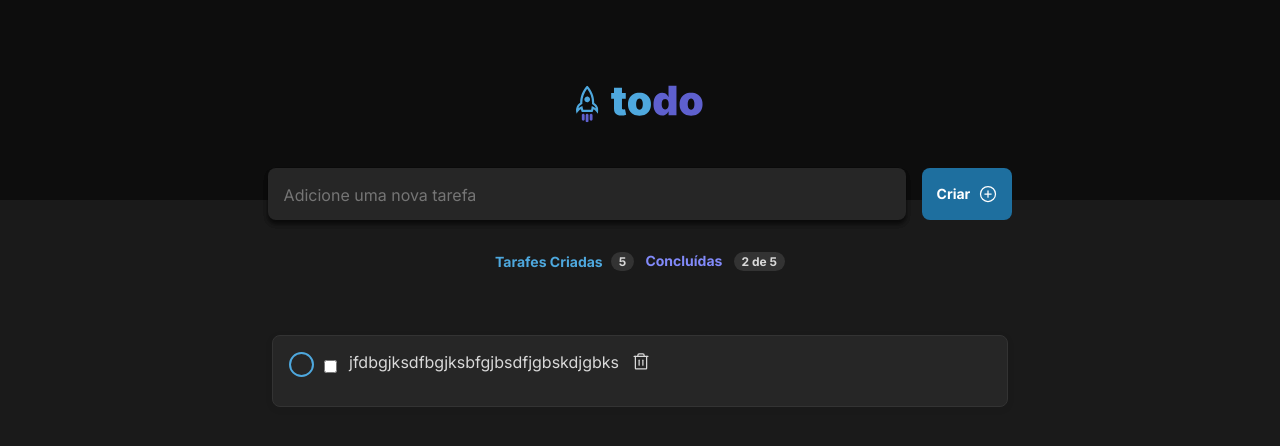
Repository: guilhermecardoso93/todolistreact
Page: /
The author's editor kept a copy of each file at every save. The page is drawn from the files as they stood at one save, then again after the next save.
The browser window is 1280 px wide. The pictures show the whole page.
The project was rebuilt for these pictures with package versions that can differ from the ones it lists, and the page was loaded fresh each time. Also part of the build but not shown: vite.config.ts.

Above is the page before, as saved 2022-07-04 22:59:35.

After the next save:
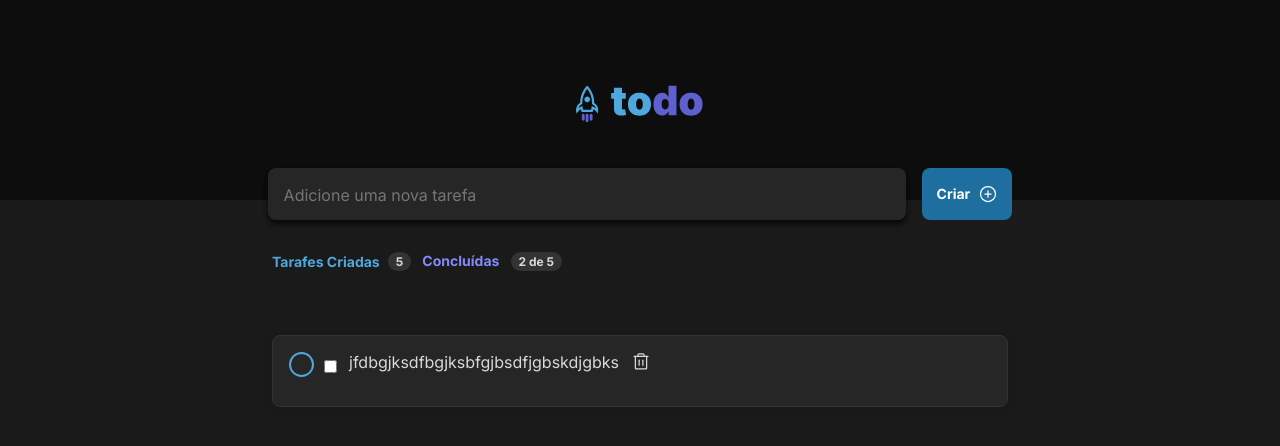
Saved 20 s later.
--- a/src/Tasks.module.css
+++ b/src/Tasks.module.css
@@ -9,7 +9,7 @@
 .content {
   display: flex;
   align-items: center;
-  justify-content: center;
+  justify-content: start;
   margin-bottom: 2rem;
   width: 736px;
 }
